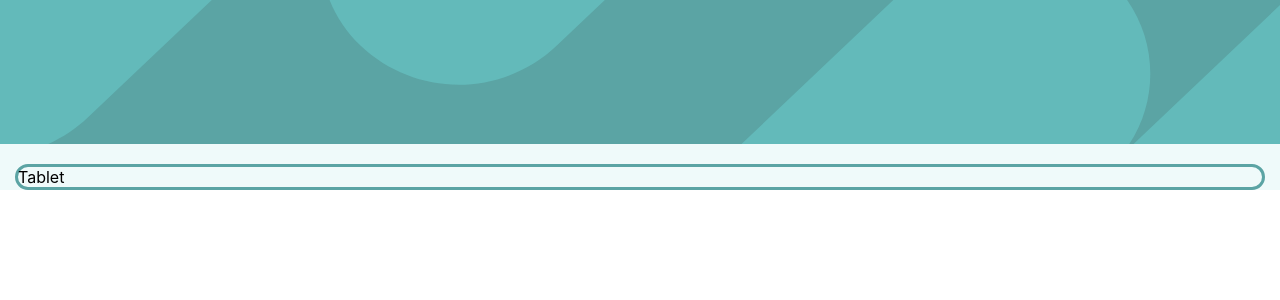
Repository: DevLaukey/job-listing
Page: /
The author's editor kept a copy of each file at every save. The page is drawn from the files as they stood at one save, then again after the next save.
The browser window is 1280 px wide. The pictures show the whole page.
The project was rebuilt for these pictures with package versions that can differ from the ones it lists, and the page was loaded fresh each time.

Above is the page before, as saved 2022-06-02 15:56:59.

### src/App.js
import "./App.css";
import Header from "./components/Header";
import Tablet from "./components/Tablet";

function App() {
  return (
    <div className="App">
      <Header />
      <div className="content">
        <Tablet />
      </div>
    </div>
  );
}

export default App;

### src/App.css
*{
  margin: 0;
  padding: 0;
  box-sizing: border-box;
}
.App{
  background-color: hsl(180, 52%, 96%);
}

### src/components/Header.js
import React from 'react'
import "./styles.css"

function Header() {
  return (
    <header className='header'></header>
  )
}

export default Header

### src/components/Tablet.js
import React from 'react'
import "./styles.css"
function Tablet() {
  return (
    <div className="tablet">Tablet</div>
  )
}

export default Tablet

### src/components/styles.css
.header{
background-image: url(../assets/bg-header-mobile.svg);
padding: 10vh;
background-color: hsl(180, 29%, 50%)

}
.tablet{
    border: 3px solid  hsl(180, 29%, 50%);
    border-radius: 15px;
    margin: 20px 15px 20px 15px;
}

/* media query */

@media screen and (min-width: 768px ){
  .header{
  background-image: url(../assets/bg-header-desktop.svg);
  }
}

Loaded but not shown: public/index.html (common file); src/index.js (common file); src/index.css (common file); src/reportWebVitals.js (common file)

After the next save:
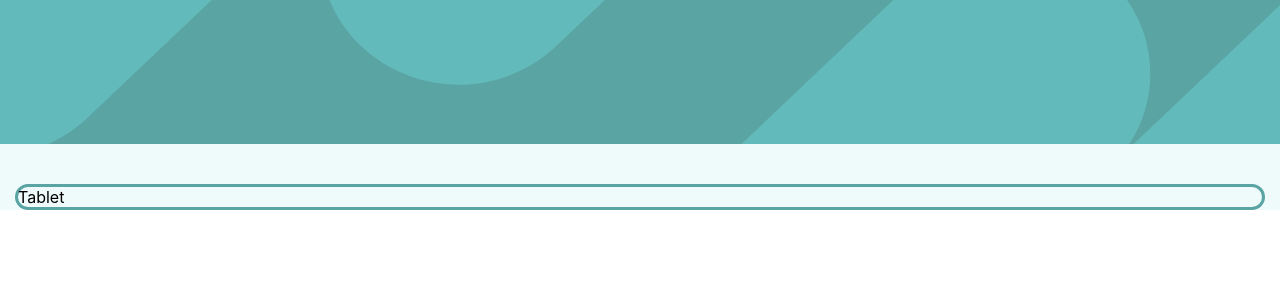
Saved 25 s later.
--- a/src/components/styles.css
+++ b/src/components/styles.css
@@ -7,7 +7,7 @@
 .tablet{
     border: 3px solid  hsl(180, 29%, 50%);
     border-radius: 15px;
-    margin: 20px 15px 20px 15px;
+    margin: 40px 15px 20px 15px;
 }
 
 /* media query */

After the save that followed:
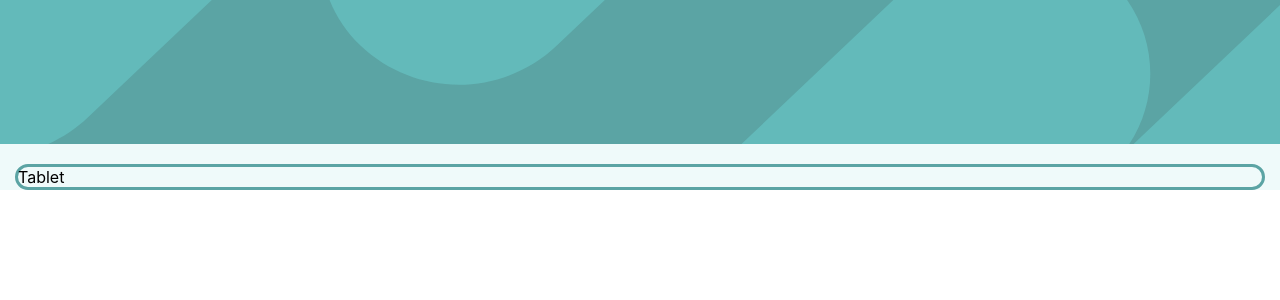
Saved 11 s later.
--- a/src/components/styles.css
+++ b/src/components/styles.css
@@ -7,7 +7,7 @@
 .tablet{
     border: 3px solid  hsl(180, 29%, 50%);
     border-radius: 15px;
-    margin: 40px 15px 20px 15px;
+    margin: 20px 15px 20px 15px;
 }
 
 /* media query */
